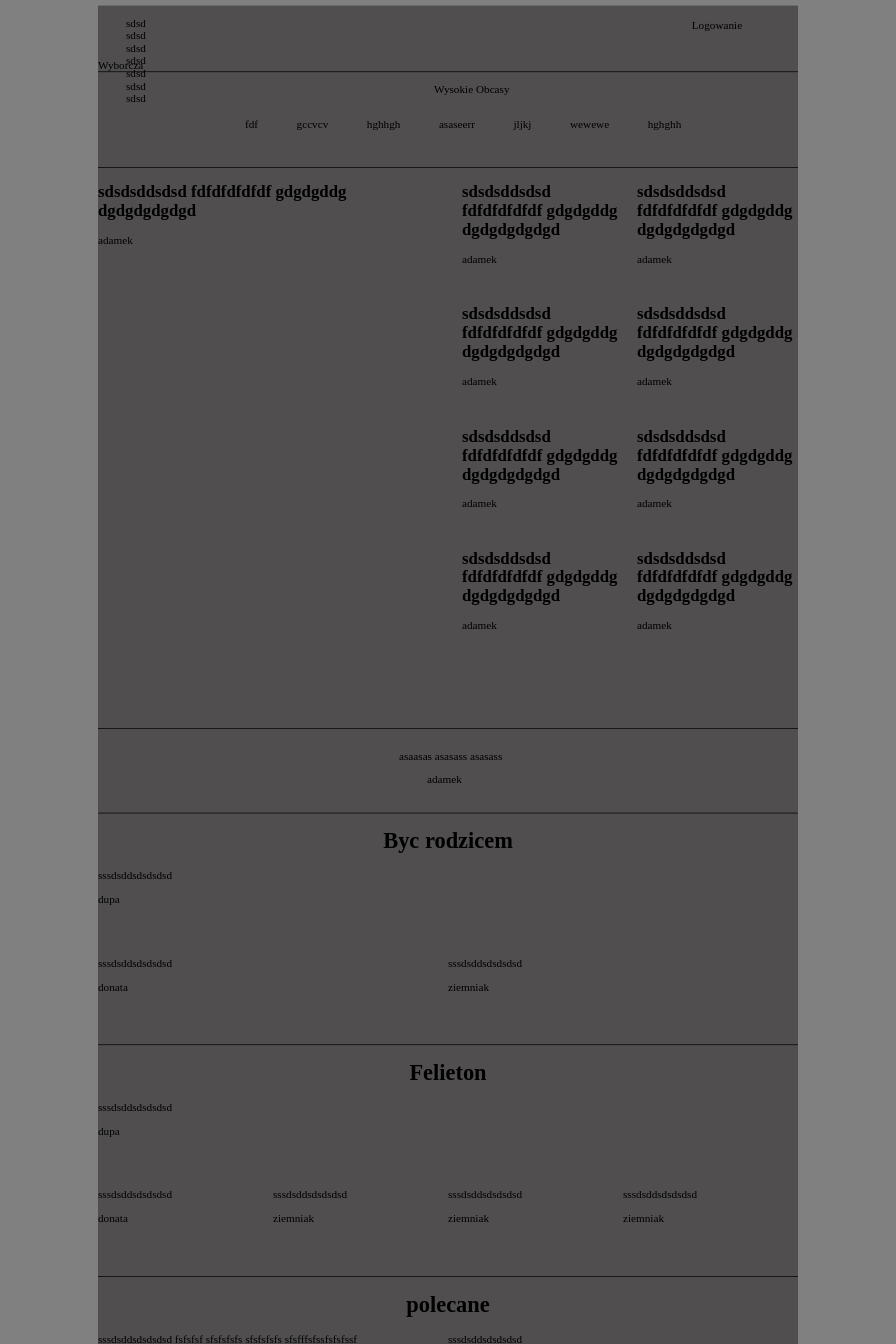
Repository: kq333/pitupitu.pl
Page: index.html
The author's editor kept a copy of each file at every save. The page is drawn from the files as they stood at one save, then again after the next save.
The browser window is 1280 px wide. The pictures show the part of the page from y = 0 to 1920 px (the page is 2803 px tall before and 2785 px after), at 70% of full size.
The style sheet was rebuilt from its Sass, Less or Tailwind sources for each picture, by a compiler version that may differ from the author's.

Above is the page before, as saved 2020-11-04 13:37:05.

### index.html
<!DOCTYPE html>
<html lang="en">
<head>
    <meta charset="UTF-8">
    <meta name="viewport" content="width=device-width, initial-scale=1.0">
    <title>Document</title>
    <link rel="stylesheet" href="style/style.css">
</head>
<body>


<div id="container">
  <div id="content">
    <div id=bar>
        <div class="menu">Wyborcza</div>
        <ul class="ul_bar">
            <li>sdsd</li>
            <li>sdsd</li>
            <li>sdsd</li>
            <li>sdsd</li>
            <li>sdsd</li>
            <li>sdsd</li>
            <li>sdsd</li>
        </ul>
        <div class="loging">
            Logowanie
        </div>
    </div>
            <div id="logo"><p>Wysokie Obcasy</p>
                <ul class="ul_bar2">
                    <li>fdf</li>
                    <li>gccvcv</li>
                    <li>hghhgh</li>
                    <li>asaseerr</li>
                    <li>jljkj</li>
                    <li>wewewe</li>
                    <li>hghghh</li>
                </ul>


            </div>


           <div>

                <div class="block_1">
                    <div class="art1">
                        <article>
                        <h1>sdsdsddsdsd fdfdfdfdfdf gdgdgddg dgdgdgdgdgd</h1>


                            <p class="autor_name">adamek</p>
                        </article>
                    </div>

                    <div class="art2">
                            <article>
                                <h1>sdsdsddsdsd fdfdfdfdfdf gdgdgddg dgdgdgdgdgd</h1>


                                <p class="autor_name">adamek</p>
                            </article>
                     </div>
                     <div class="art3">
                            <article>
                                <h1>sdsdsddsdsd fdfdfdfdfdf gdgdgddg dgdgdgdgdgd</h1>


                                <p class="autor_name">adamek</p>
                            </article>
                      </div>
                      <div class="art4">
                            <article>
                                <h1>sdsdsddsdsd fdfdfdfdfdf gdgdgddg dgdgdgdgdgd</h1>


                                <p class="autor_name">adamek</p>
                            </article>
                       </div>
                            <div class="art5">
                                <article>
                                    <h1>sdsdsddsdsd fdfdfdfdfdf gdgdgddg dgdgdgdgdgd</h1>


                                    <p class="autor_name">adamek</p>
                                </article>
                            </div>
                                 <div class="art6">
                                    <article>
                                        <h1>sdsdsddsdsd fdfdfdfdfdf gdgdgddg dgdgdgdgdgd</h1>


                                        <p class="autor_name">adamek</p>
                                    </article>
                                 </div>
                                    <div class="art7">

                                        <article>
                                            <h1>sdsdsddsdsd fdfdfdfdfdf gdgdgddg dgdgdgdgdgd</h1>


                                            <p class="autor_name">adamek</p>
                                        </article>
                                    </div>

                                    <div class="art8">
                                            <article>
                                                <h1>sdsdsddsdsd fdfdfdfdfdf gdgdgddg dgdgdgdgdgd</h1>


                                                <p class="autor_name">adamek</p>
                                            </article>
                                    </div>
                                        <div class="art9">
                                                <article>

                                                    <h1>sdsdsddsdsd fdfdfdfdfdf gdgdgddg dgdgdgdgdgd</h1>


                                                    <p class="autor_name">adamek</p>
                                                </article>
                                        </div>
                </div>


                     <div class="quotes">
                         <p1>asaasas asasass asasass</p1>

                        <p class="autor_name">adamek</p>

                    </div>





                  <div class="section">
                    <header>
                        <h1>Byc rodzicem</h1>

                    </header>
                    </div>


                        <section class="family">


                                <div class="art10">
                                    <article> sssdsddsdsdsdsd
                                        <p class="autor_name">dupa</p>

                                    </article>

                                </div>
                                <div class="art11">
                                        <article> sssdsddsdsdsdsd
                                            <p class="autor_name">donata</p>

                                        </article>
                                </div>
                                    <div class="art12">
                                            <article> sssdsddsdsdsdsd
                                                <p class="autor_name">ziemniak</p>

                                            </article>
                                    </div>

                        </section>

                        <div class="section">
                        <header>
                            <h1>Felieton</h1>
                        </header>
                    </div>

                        <section class="column">

                            <div class="art13">
                                    <article> sssdsddsdsdsdsd
                                        <p class="autor_name">dupa</p>

                                    </article>

                            </div>
                                <div class="art14">
                                    <article> sssdsddsdsdsdsd
                                        <p class="autor_name">donata</p>

                                    </article>
                                </div>
                                     <div class="art15">
                                        <article> sssdsddsdsdsdsd
                                            <p class="autor_name">ziemniak</p>

                                        </article>
                                    </div>

                                        <div class="art16">
                                            <article> sssdsddsdsdsdsd
                                                <p class="autor_name">ziemniak</p>

                                            </article>
                                        </div>

                                        <div class="art17">
                                            <article> sssdsddsdsdsdsd
                                                <p class="autor_name">ziemniak</p>

                                            </article>
                                        </div>

                        </section>
                        <div class="section">
                        <header>
                            <h1>polecane</h1>

                        </header>
                    </div>

                            <section class="recommended">


                                    <div class="art18">
                                        <article> sssdsddsdsdsdsd
                                            fsfsfsf sfsfsfsfs sfsfsfsfs
                                            sfsfffsfssfsfsfssf
                                            <p class="autor_name">dupa</p>

                                        </article>
                                    </div>
                                        <div class="art19">
                                            <article> sssdsddsdsdsdsd
                                                <p class="autor_name">donata</p>

                                            </article>
                                        </div>
                                            <div class="art20">

                                                <article> sssdsddsdsdsdsd
                                                    <p class="autor_name">ziemniak</p>
                                                </article>
                                            </div>
                                                <div class="art21">
                                                    <article> sssdsddsdsdsdsd
                                                        <p class="autor_name">ziemniak</p>
                                                    </article>
                                                </div>
                                                    <div class="art22">
                                                        <article> sssdsddsdsdsdsd
                                                            <p class="autor_name">ziemniak</p>


                                                        </article>
                                                    </div>
                                                        <div class="art23">
                                                            <article> sssdsddsdsdsdsd
                                                                <p class="autor_name">ziemniak</p>


                                                            </article>
                                                        </div>

                                                            <div class="art24">
                                                                <article> sssdsddsdsdsdsd
                                                                    <p class="autor_name">ziemniak</p>


                                                                </article>
                                                            </div>
                                                                <div class="art25">
                                                                    <article> sssdsddsdsdsdsd
                                                                        <p class="autor_name">ziemniak</p>


                                                                    </article>
                                                                </div>
                                                                <div class="art26">
                                                            <article> sssdsddsdsdsdsd
                                                                <p class="autor_name">ziemniak</p>


                                                            </article>
                                                            </div>



                            </section>

                            <div class="section">
                            <header>
                                <h1>wasze listy</h1>

                            </header>
                            </div>

                            <section class="letters">

                                <div class="art27">
                                    <article> sssdsddsdsdsdsd
                                        fsfsfsf sfsfsfsfs sfsfsfsfs
                                        sfsfffsfssfsfsfssf
                                        <p class="autor_name">dupa</p>

                                    </article>
                                </div>
                                <div class="art28">
                                    <article> sssdsddsdsdsdsd
                                        fsfsfsf sfsfsfsfs sfsfsfsfs
                                        sfsfffsfssfsfsfssf
                                        <p class="autor_name">dupa</p>

                                    </article>
                                </div>

                                <div class="art29">
                                    <article> sssdsddsdsdsdsd
                                        fsfsfsf sfsfsfsfs sfsfsfsfs
                                        sfsfffsfssfsfsfssf
                                        <p class="autor_name">dupa</p>

                                    </article>
                                </div>

                                <div class="art30">
                                    <article> sssdsddsdsdsdsd
                                        fsfsfsf sfsfsfsfs sfsfsfsfs
                                        sfsfffsfssfsfsfssf
                                        <p class="autor_name">dupa</p>

                                    </article>
                                </div>

                            </section>

                            <footer>
                                <div class="footer">sdsd 545 sd 45sd 4s5d5sd s54ds5 4</div>

                            </footer>



















































           </main>



  </div>




















</div>
</body>
</html>

### style/style.scss
body{
    background-color: grey;


}
#constainer{
    height: auto;
}

#content{
    margin:auto;
    background-color: rgb(80, 78, 78);
    width:1000px;

}


#bar{
    display:grid;
    grid-template-columns: auto auto;
    grid-template-areas: "ul_bar loging";
    border-bottom: 1px solid black;

.ul_bar{
    height: 40px;
    grid-area: ul_bar;


li{
    list-style-type: none;
}

    }
.loging{
    height: 56px;
    grid-area: loging;

    margin: 20px 0 0 700px;
}

}




#logo{
    border-bottom: 1px solid black;
    width:1000px;
    height: 120px;
    p{
        margin-left:480px;
    }

    .ul_bar2{
        list-style-type: none;
        display:inline-flex;
        gap:55px;
        margin-left:170px;
    }
}

.block_1{
    width:1000px;
    height: auto;
    display:grid;
    grid-template-columns: 500px auto auto;
    .art1{
    grid-row-start: 1;
    grid-row-end: 9;
    height: 800px;;
    }
    gap: 20px;
}

.quotes{
    width: 940px;
    height: 60px;
    border-bottom: 1px solid black;
    border-top: 1px solid black;
    padding:30px;

    p1{
        margin-left: 400px;
        margin-top:130px;
    }
    p{
        margin-left: 440px;
    }

}

.section{
    text-align: center;
}
.family{
    width:1000px;
    height: 250px;
    border-bottom: 1px solid black;
    display:grid;
    grid-template-columns: auto auto;
    grid-template-areas: "art10 art10"
                          "art11 art12"  ;

.art10{
grid-area: art10;


}
.art11{
grid-area: art11;
}

.art12{
grid-area: art12;
}


}

.column{
    width:1000px;
    height: 250px;
    border-bottom: 1px solid black;
    display:grid;
    grid-template-columns: auto auto auto;
    grid-template-areas: "art13 art13 art13 art13"
                         " art14 art15 art16 art17"   ;

    .art13{

        grid-area: art13;


            }
    .art14{
        grid-area: art14;

     }

    .art15{
        grid-area: art15;
     }

     .art16{
        grid-area: art16;
     }

     .art17{
        grid-area: art17;
     }

    h1{
        margin-left:500px;

        }

}


.recommended{
    width:1000px;
    height: auto;
    border-bottom: 1px solid black;
    display:grid;
    grid-template-columns: repeat(2, 1fr);
    grid-template-areas: " art18   art19"
                         " art20   art19"
                         " art21  art22"
                         " art23  art22"
                         " art24  art25"
                         " art26  art25"
                         ;




.art18{
grid-area:art18;


}

.art19{
grid-area: art19;

 }

.art20{
grid-area: art20;


 }

.art21{
grid-area: art21;
 }

.art22{
grid-area: art22;
 }

.art23{
grid-area: art23;
 }

.art24{
grid-area: art24;

 }

.art25{
grid-area: art25;
 }

.art26{
grid-area: art26;
 }
};

.letters{
    width:1000px;
    height: 200px;

    display:grid;
    grid-template-columns: repeat(4, 1fr);
    grid-template-areas: "art27 art28 art29 art30";


.art27{
    grid-area: art27;
}

.art28{
    grid-area: art28;
}


.art29{
    grid-area: art29;
}

.art30{
    grid-area: art30;
}

}

.footer{
    border-bottom: 1px solid black;
    border-top: 1px solid black;
    background-color: red;
    height: 200px;
 }

After the next save:
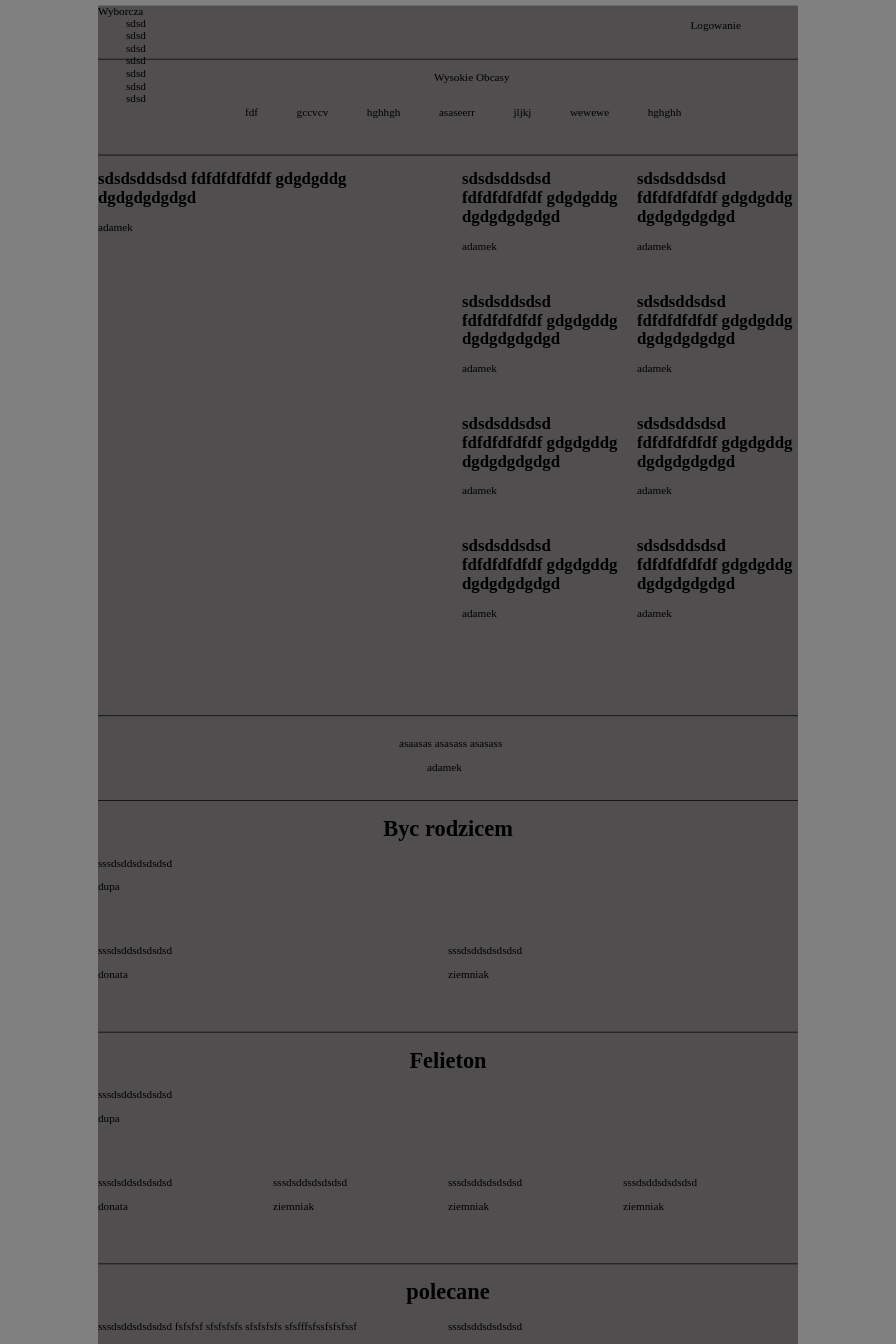
Saved 47 s later.
--- a/style/style.scss
+++ b/style/style.scss
@@ -20,10 +20,13 @@ body{
     grid-template-columns: auto auto;
     grid-template-areas: "ul_bar loging";
     border-bottom: 1px solid black;
-
+.menu{
+    position:relative;
+}
 .ul_bar{
     height: 40px;
     grid-area: ul_bar;
+    position: absolute;
 
 
 li{
